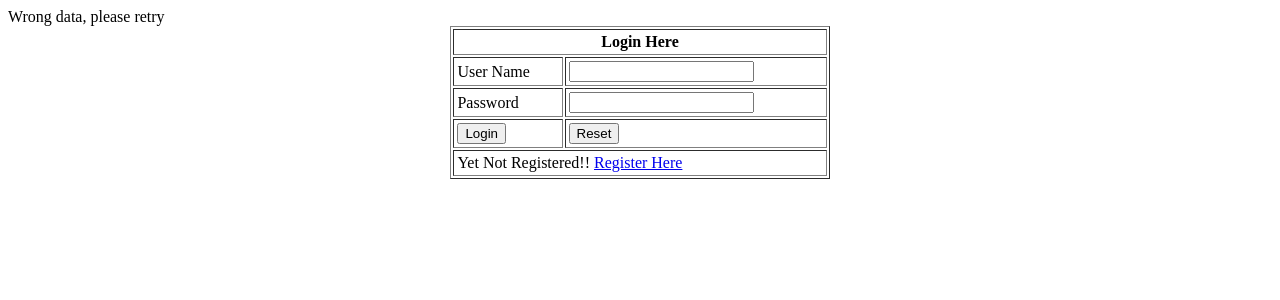
Repository: balu-sadanandan/demoProject
Page: http://localhost/emp_database/login2.jsp
An editor plug-in stored every save of this project. The page is shown before and after the next save, followed by the edit.
The browser window is 1280 px wide. The pictures show the whole page.
The page is served by Tomcat 9.

Above is the page before, as saved 2017-09-06 10:55:42.

After the next save:
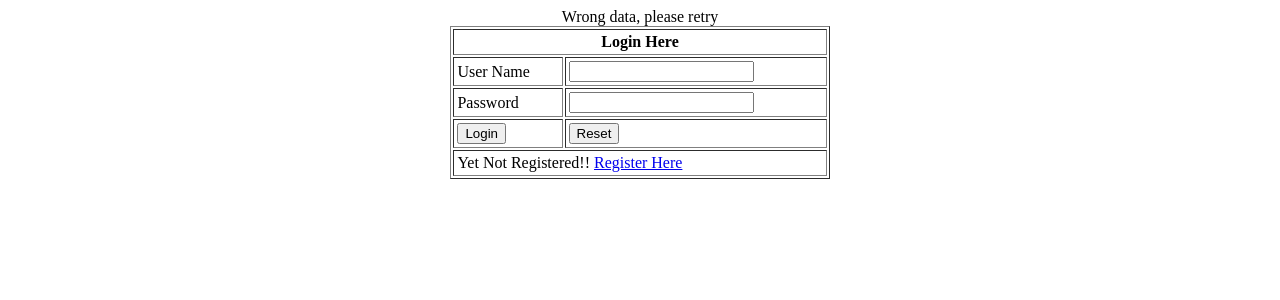
Saved 34 s later.
--- a/emp_database/WebContent/login2.jsp
+++ b/emp_database/WebContent/login2.jsp
@@ -6,9 +6,9 @@
         <title>JSP Example</title>
     </head>
     <body>
-    	 <tr>
+    	 <tr><center>
                         <td colspan="2">Wrong data, please retry</td>
-                    </tr>
+            </center>        </tr>
         <form method="post" action="login">
             <center>
             <table border="1" width="30%" cellpadding="3">
